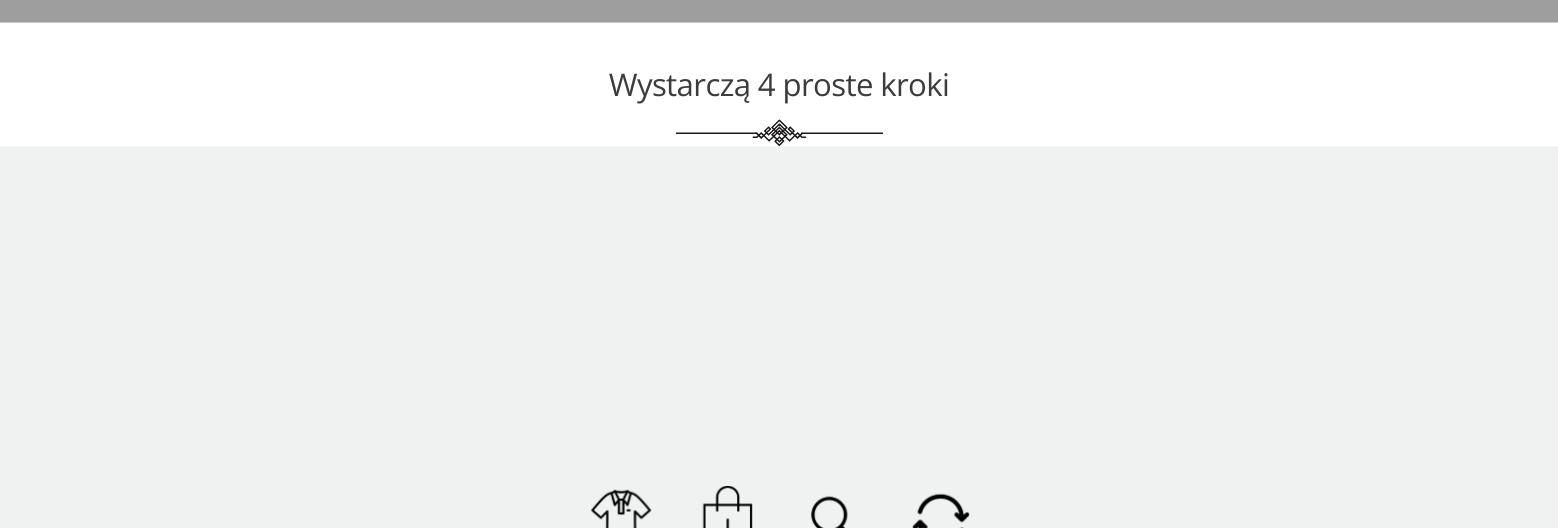
Repository: tomekwoojcik/oddam-w-dobre-rence
Page: /
These files come from the project's save history. The page is drawn as it stood at one moment and after the next save; the edit follows.
The browser window is 1280 px wide. The page is 1900 px wide, so the pictures cover 1900 px, including what lies to the right of the window. The pictures show the part of the page from y = 1319 to 1963 px (the page is 2498 px tall before and 1817 px after), at 82% of full size.
Pictures or frames that could not be fetched are drawn as grey boxes. The project was rebuilt for these pictures with package versions that can differ from the ones it lists, and the page was loaded fresh each time. Also part of the build but not shown: src/pages/logIn/logIn.js, src/pages/register/register.js.

Above is the page before, as saved 2022-12-08 07:58:36.

### public/index.html
<!DOCTYPE html>
<html lang="en">
  <head>
    <meta charset="utf-8" />
    <link rel="icon" href="%PUBLIC_URL%/favicon.ico" />
    <meta name="viewport" content="width=device-width, initial-scale=1" />
    <meta name="theme-color" content="#000000" />
    <meta
      name="description"
      content="Web site created using create-react-app"
    />
    <link rel="apple-touch-icon" href="%PUBLIC_URL%/logo192.png" />
    <link rel="manifest" href="%PUBLIC_URL%/manifest.json" />
    <title>React App</title>
    <link rel="preconnect" href="https://fonts.googleapis.com">
    <link rel="preconnect" href="https://fonts.gstatic.com" crossorigin>
    <link
      href="https://fonts.googleapis.com/css2?family=Merriweather:ital,wght@0,300;0,400;0,700;0,900;1,300;1,400;1,700;1,900&family=Open+Sans:ital,wght@0,300;0,400;0,500;0,600;0,700;0,800;1,300;1,400;1,500;1,600;1,700;1,800&display=swap"
      rel="stylesheet">
  </head>
  <body>
    <div id="root"></div>
  </body>
</html>

### src/index.js
import React from 'react'
import ReactDOM from 'react-dom/client'
import './scss/main.scss'
import App from './App'
import reportWebVitals from './reportWebVitals'

const root = ReactDOM.createRoot(document.getElementById('root'))
root.render(
  <React.StrictMode>
    <App />
  </React.StrictMode>
)

// If you want to start measuring performance in your app, pass a function
// to log results (for example: reportWebVitals(console.log))
// or send to an analytics endpoint. Learn more: https://bit.ly/CRA-vitals
reportWebVitals()

### src/scss/main.scss
@import './reset';
@import './settings/colors';
@import './settings/fonts';
@import '../components/atoms/buttonsMenu/buttonsMenu';
@import '../components/molecules/navMenu/navMenu';
@import '../components/atoms/buttonsLoginLogout/buttonsLoginLogout';
@import '../components/molecules/navLoginLogout/navLoginLogout';
@import '../components/molecules/menu/menu';
@import '../components/atoms/photoInHeader/photoInHeader.scss';
@import '../components/organisms/header/header';
@import '../components/atoms/partTextInHeader/firstPartText';
@import '../components/molecules/rightPart/rightPart';
@import '../components/molecules/textInHeader/textInHeader';
@import '../components/atoms/decorationAssets/decorationAssets';
@import '../components/molecules/menuRightPartContext/menuRightPartContext';
@import '../components/atoms/buttonsInRightPartContext/buttonsInRightPartContext';
@import '../components/organisms/threeColumns/threeColumns';
@import '../pages/home/home';
@import '../components/molecules/oneColumn/oneColumn';
@import '../components/atoms/counterInColumn/counterInColumn';
@import '../components/atoms/titleInColumn/titleInColumn';
@import '../components/atoms/textInColumn/textInColumn';
@import '../components/atoms/simpleStepsTitle/simpleStepsTitle';
@import '../components/organisms/simpleSteps/simpleSteps';
@import '../components/atoms/simpleStepsColumn/simpleStepsColumn';
@import '../components/molecules/simpleStepsBar/simpleStepsBar';

* {
    font-family: $font-base;
}

### src/App.js
/* eslint-disable react/react-in-jsx-scope */
import { Outlet, Route, Routes } from 'react-router'
import { BrowserRouter } from 'react-router-dom'
import Home from './pages/home/home'
import './App.css'
import LogIn from './pages/logIn/logIn'
import Register from './pages/register/register'

function App () {
  return (
    <div className="App">
      <Outlet />
      <BrowserRouter>
        <Routes>
          <Route path='/' element={<Home />} />
          <Route path='logowanie' element={<LogIn />} />
          <Route path='rejestracja' element={<Register />} />
        </Routes>

      </BrowserRouter>
    </div>
  )
}

export default App

### src/scss/settings/_colors.scss
$white-color: #F0F1F1;
$mustard-color: #5E5322;
$strong-yellow-color: #FAD648;
$grey-color: #737373;
$black-color: #3C3C3C;

### src/components/atoms/buttonsMenu/_buttonsMenu.scss
@import '../../../scss/settings/fonts';
@import '../../../scss/settings/colors';

.buttonItem {
    .button {
        font-size: 18px;
        padding: 9px 20px;
        color: $black-color;
        text-decoration: none;
        font-family: $font-base;
        border: 0.75px solid white;
    }

    .button:hover{
        border: 0.75px solid $black-color;
    }
}

### src/components/molecules/navMenu/_navMenu.scss
@import '../../../scss/settings/fonts';
@import '../../../scss/settings/colors';

.buttonList {
    margin-top: 10px;
    display: flex;
    flex-direction: row;
    justify-content: flex-end;
    margin-right: 142px;
}

### src/components/atoms/buttonsLoginLogout/_buttonsLoginLogout.scss
@import '../../../scss/settings/fonts';
@import '../../../scss/settings/colors';

.buttonMenuItems {
    .buttonMenu {
        font-family: $font-base;
        font-size: 14px;
        text-decoration: none;
        color: $grey-color;
        padding: 9px 10px;
        margin-left: 20px;
        border: 0.75px solid white;
    }

    .buttonMenu:hover{
        border-color: $strong-yellow-color;
    }
}

### src/components/molecules/navLoginLogout/_navLoginLogout.scss
.buttonMenuList{
    display: flex;
    flex-direction: row;
    justify-content: flex-end;
    margin-right: 142px;
    margin-bottom: 60px;
}

### src/components/molecules/menu/_menu.scss
.menu {
    width: 100%;
    margin-top: 37px;
    flex-direction: column;
}

### src/components/atoms/photoInHeader/_photoInHeader.scss
.photoHeader {
    width: 885px;
    height: 963px;
}

### src/components/organisms/header/_header.scss
.header {
    display: flex;
    flex-direction: row;
    width: 1758px;
}

### src/components/atoms/partTextInHeader/_firstPartText.scss
@import '../../../scss/settings/fonts';
@import '../../../scss/settings/colors';

.textInHeader{
    font-family: $font-base;
    font-size: 38px;
    margin-bottom: 10px;
}

### src/components/molecules/rightPart/_rightPart.scss
.rightPartHeader{
    display: flex;
    flex-direction: column;
}

### src/components/molecules/textInHeader/_textInHeader.scss
.textIn{
    margin-top: 210px;
}

### src/components/atoms/decorationAssets/_decorationAssets.scss
.decorationAssets {
    width: 253px;
    height: 33px;
    align-self: center;
    margin-top: 25px;
}

### src/components/molecules/menuRightPartContext/_menuRightPartContext.scss
.menuRightPartContext{
    display: flex;
    flex-direction: row;
    justify-content: center;
    margin-top: 65px;
}

### src/components/atoms/buttonsInRightPartContext/_buttonsInRightPartContext.scss
@import '../../../scss/settings/fonts';
@import '../../../scss/settings/colors';
@import '../../../scss/settings/otherVariables';

.buttonItemMenuContext {
    width: 250px;
    border: $border;
    padding: 13px 51px;

    .buttonMenuContext {

        text-transform: uppercase;
        text-decoration: none;
        color: $black-color;
        font-size: 36px;
        letter-spacing: 0.76px;
        word-wrap: break-word;
        font-family: $font-base;
        font-weight: 300;
    }

}

.buttonItemMenuContext:nth-child(2) {
    margin-left: 44px;
}

### src/scss/settings/_otherVariables.scss
@import '../settings/colors';
@import '../settings/colors';

$border: 0.75px solid $black-color;

### src/components/organisms/threeColumns/_threeColumns.scss
.threeColumns{
    background: url(../../../assets/backGround.png) ;
    width: 100%;
    display: flex;
    flex-direction: row;
    justify-content: space-around;
}

### src/pages/home/_home.scss
.homePage{
    width: 1900px;
    margin: 0 auto;
}

### src/components/molecules/oneColumn/_oneColumn.scss
.oneColumn {
    display: flex;
    flex-direction: column;
    justify-content: center;
    width: 334px;
    height: 252px;
    padding-top: 46px;
    padding-bottom: 86px;

}

### src/components/atoms/counterInColumn/_counterInColumn.scss
@import '../../../scss/settings/fonts';
@import '../../../scss/settings/colors';
@import '../../../scss/settings/otherVariables';

.counterColumn{
    font-size: 90px;
    font-family: $font-base;
    color: $mustard-color;
    font-weight: 300;
}

### src/components/atoms/titleInColumn/_titleInColumn.scss
@import '../../../scss/settings/fonts';
@import '../../../scss/settings/colors';
@import '../../../scss/settings/otherVariables';

.titleColumn{
    text-transform: uppercase;
    font-size: 18px;
    font-family: $font-base;
    letter-spacing: -0.36px;
    color: $black-color;
    margin: 10px 0 28px 0;

}

### src/components/atoms/textInColumn/_textInColumn.scss
@import '../../../scss/settings/fonts';
@import '../../../scss/settings/colors';
@import '../../../scss/settings/otherVariables';


.textColumn{
    font-family: $font-alt;
    font-size: 16px;
    font-weight: lighter;
    color: $black-color;
    letter-spacing: -0.32px;
    line-height: 25px;
}

### src/components/atoms/simpleStepsTitle/_simpleStepsTitle.scss
@import '../../../scss/settings/fonts';
@import '../../../scss/settings/colors';
@import '../../../scss/settings/otherVariables';

.simpleStepsTitle {
    font-size: 38px;
    font-family: $font-base;
    letter-spacing: -0.76px;
    color: $black-color;
    font-weight: 300;
}

### src/components/organisms/simpleSteps/_simpleSteps.scss
.simpleSteps{
    margin-top: 55px;
}

### src/components/atoms/simpleStepsColumn/_simpleStepsColumn.scss
@import '../../../scss/settings/fonts';
@import '../../../scss/settings/colors';
@import '../../../scss/settings/otherVariables';

.simpleStepsColumn {
    width: 130px;
    height: 172px;

    .simpleStepsColumnImg {
        width: 83px;
        height: 83px;
    }

    .simpleStepsColumnTitle {
        font-family: $font-base;
        font-size: 18px;
        color: $black-color;
    }

    .simpleStepsColumnLine {
        color: $grey-color;
        width: 70px;
    }

    .simpleStepsColumnText {
        font-family: $font-base;
        font-size: 16px;
        color: $black-color;
    }
}

### src/components/molecules/simpleStepsBar/_simpleStepsBar.scss
@import '../../../scss/settings/fonts';
@import '../../../scss/settings/colors';
@import '../../../scss/settings/otherVariables';

.simpleStepsBar{
    display: flex;
    flex-direction: row;
    justify-content: center;
    background-color: $white-color;
    padding: 414px 71px 414px 76px;
}

### src/pages/home/home.js
import React from 'react'
import Header from '../../components/organisms/header/header'
import SimpleSteps from '../../components/organisms/simpleSteps/simpleSteps'
import ThreeColumns from '../../components/organisms/threeColumns/threeColumns'

const Home = () => {
  return (
    <div className='homePage'>
      <Header />
      <ThreeColumns />
      <SimpleSteps/>
    </div>
  )
}

export default Home

### src/components/organisms/header/header.js
import React from 'react'
import PhotoInHeader from '../../atoms/photoInHeader/photoInHeader'
import RightPart from '../../molecules/rightPart/rightPart'
const Header = () => {
  return (
    <header className='header'>
      <PhotoInHeader />
      <RightPart />
    </header>

  )
}

export default Header

### src/components/organisms/simpleSteps/simpleSteps.js
import React from 'react'
import SimpleStepsTitle from '../../atoms/simpleStepsTitle/simpleStepsTitle'
import DecorationAssets from '../../atoms/decorationAssets/decorationAssets'
import SimpleStepsBar from '../../molecules/simpleStepsBar/simpleStepsBar'

const SimpleSteps = () => {
  return (
    <div className='simpleSteps'>
          <SimpleStepsTitle text={'Wystarczą 4 proste kroki'} />
          <DecorationAssets />
          <SimpleStepsBar/>
    </div>
  )
}

export default SimpleSteps

### src/components/organisms/threeColumns/threeColumns.js
import React from 'react'
import OneColumn from '../../molecules/oneColumn/oneColumn'

const ThreeColumns = () => {
  return (
        <div className='threeColumns'>
          <OneColumn counter={'10'} title={'Oddanych worków'} text={'Lorem ipsum dolor sit amet, consectetur adipisc Pellentesque vel enim a elit viverra elementuma. Aliquam erat volutpat.'} />
          <OneColumn counter={'5'} title={'Wspartych organizacji'} text={'Lorem ipsum dolor sit amet, consectetur adipisc Pellentesque vel enim a elit viverra elementuma. Aliquam erat volutpat.'} />
          <OneColumn counter={'7'} title={'Zorganizowanych zbiórek'} text={'Lorem ipsum dolor sit amet, consectetur adipisc Pellentesque vel enim a elit viverra elementuma. Aliquam erat volutpat.'} />
        </div>
  )
}

export default ThreeColumns

### src/components/atoms/photoInHeader/photoInHeader.js
import React from 'react'
import Image from '../../../assets/Home-Hero-Image.jpg'

const PhotoInHeader = () => {
  return (
    <img className='photoHeader' src={Image} />
  )
}

export default PhotoInHeader

### src/components/molecules/rightPart/rightPart.js
import React from 'react'
import Menu from '../menu/menu'
import RightPartContext from '../rightPartContext/rightPartContext'

const RightPart = () => {
  return (
    <div className='rightPartHeader'>
      <Menu />
      <RightPartContext />
    </div>
  )
}

export default RightPart

### src/components/atoms/simpleStepsTitle/simpleStepsTitle.js
/* eslint-disable react/prop-types */
import React from 'react'

const SimpleStepsTitle = ({ text }) => {
  return (
        <h4 className='simpleStepsTitle'>{text}</h4>
  )
}

export default SimpleStepsTitle

### src/components/atoms/decorationAssets/decorationAssets.js
import React from 'react'
import DecoratorImage from '../../../assets/Decoration.svg'
const DecorationAssets = () => {
  return (
        <img className="decorationAssets" src={DecoratorImage} />
  )
}

export default DecorationAssets

### src/components/molecules/simpleStepsBar/simpleStepsBar.js
import React from 'react'
import SimpleStepsColumn from '../../atoms/simpleStepsColumn/simpleStepsColumn'
import IconOne from '../../../assets/Icon-1.svg'
import IconSec from '../../../assets/Icon-2.svg'
import IconThr from '../../../assets/Icon-3.svg'
import IconFou from '../../../assets/Icon-4.svg'

const SimpleStepsBar = () => {
  return (
        <div className='simpleStepsBar'>
          <SimpleStepsColumn source={IconOne} simpleStepsColumnTitle={'Wybierz rzeczy'} simpleStepsColumnText={'ubrania, zabawki, sprzęt i inne'} />
          <SimpleStepsColumn source={IconSec} simpleStepsColumnTitle={'Spakuj je'} simpleStepsColumnText={'skorzystaj z worków na śmieci'} />
          <SimpleStepsColumn source={IconThr} simpleStepsColumnTitle={'Zdecyduj komu chcesz pomóc'} simpleStepsColumnText={'wybierz zaufane miejsce'} />
          <SimpleStepsColumn source={IconFou} simpleStepsColumnTitle={'Zamów kuriera'} simpleStepsColumnText={'kurier przyjedzie w dogodnym terminie'} />
        </div>
  )
}

export default SimpleStepsBar

### src/components/molecules/oneColumn/oneColumn.js
/* eslint-disable react/prop-types */
import React from 'react'
import CounterInColumn from '../../atoms/counterInColumn/counterInColumn'
import TextInColumn from '../../atoms/textInColumn/textInColumn'
import TitleInColumn from '../../atoms/titleInColumn/titleInColumn'

const OneColumn = ({ counter, title, text }) => {
  return (
        <div className='oneColumn'>
            <CounterInColumn counterColumn={counter} />
            <TitleInColumn titleColumn={title} />
            <TextInColumn textColumn={text} />
        </div>
  )
}

export default OneColumn

### src/components/molecules/menu/menu.js
import React from 'react'
import NavLoginLogout from '../navLoginLogout/navLoginLogout'
import NavMenu from '../navMenu/navMenu'

const Menu = () => {
  return (
    <div className='menu'>
      <NavLoginLogout />
      <NavMenu />
    </div>
  )
}

export default Menu

### src/components/molecules/rightPartContext/rightPartContext.js
import React from 'react'
import DecorationAssets from '../../atoms/decorationAssets/decorationAssets'
import MenuRightPartContext from '../menuRightPartContext/menuRightPartContext'
import TextInHeader from '../textInHeader/textInHeader'

const RightPartContext = () => {
  return (
      <div className='rightPartContext'>
          <TextInHeader />
          <DecorationAssets />
          <MenuRightPartContext/>
        </div>
  )
}

export default RightPartContext

### src/components/atoms/simpleStepsColumn/simpleStepsColumn.js
/* eslint-disable react/prop-types */
import React from 'react'

const SimpleStepsColumn = ({ source, simpleStepsColumnTitle, simpleStepsColumnText }) => {
  return (
    <div className='simpleStepsColumn'>
          <img className='simpleStepsColumnImg' src={source} />
          <h4 className='simpleStepsColumnTitle' >{simpleStepsColumnTitle}</h4>
          <hr className='simpleStepsColumnLine' />
          <p className='simpleStepsColumnText'>{simpleStepsColumnText}</p>
    </div>
  )
}

export default SimpleStepsColumn

### src/components/atoms/counterInColumn/counterInColumn.js
/* eslint-disable react/prop-types */
import React from 'react'

const CounterInColumn = ({ counterColumn }) => {
  return (
    <h3 className='counterColumn'>{counterColumn}</h3>
  )
}

export default CounterInColumn

### src/components/atoms/textInColumn/textInColumn.js
/* eslint-disable react/prop-types */
import React from 'react'

const TextInColumn = ({ textColumn }) => {
  return (
      <p className='textColumn'>{ textColumn }</p>
  )
}

export default TextInColumn

### src/components/atoms/titleInColumn/titleInColumn.js
/* eslint-disable react/prop-types */
import React from 'react'

const TitleInColumn = ({ titleColumn }) => {
  return (
      <h4 className='titleColumn'>{titleColumn}</h4>
  )
}

export default TitleInColumn

### src/components/molecules/navLoginLogout/navLoginLogout.js
import React from 'react'
import ButtonsLoginLogout from '../../atoms/buttonsLoginLogout/buttonsLoginLogout'

const NavLoginLogout = () => {
  return (
        <ul className='buttonMenuList'>
          <ButtonsLoginLogout source={'logowanie'} buttonName={'Zaloguj'} />
          <ButtonsLoginLogout source={'rejestracja'} buttonName={'Załóź konto'} />
        </ul>
  )
}

export default NavLoginLogout

### src/components/molecules/navMenu/navMenu.js
import React from 'react'
import ButtonsMenu from '../../atoms/buttonsMenu/buttonsMenu'

const NavMenu = () => {
  return (
        <ul className='buttonList'>
          <ButtonsMenu source={'/'} linkName={'Start'} />
          <ButtonsMenu source={'/'} linkName={'O co chodzi?'} />
          <ButtonsMenu source={'/'} linkName={'O nas'} />
          <ButtonsMenu source={'/'} linkName={'Fundacje i organizacje'} />
          <ButtonsMenu source={'/'} linkName={'Kontakt'} />
        </ul>
  )
}

export default NavMenu

### src/components/molecules/menuRightPartContext/menuRightPartContext.js
import React from 'react'
import ButtonsInRightPartContext from '../../atoms/buttonsInRightPartContext/buttonsInRightPartContext'

const MenuRightPartContext = () => {
  return (
      <ul className='menuRightPartContext'>
      <ButtonsInRightPartContext source={'#'} buttonName={'Oddaj rzeczy'} />
      <ButtonsInRightPartContext source={'#'} buttonName={'Zorganizuj zbiórke'} />
    </ul>
  )
}

export default MenuRightPartContext

### src/components/molecules/textInHeader/textInHeader.js
import React from 'react'
import FirstPartText from '../../atoms/partTextInHeader/firstPartText'

const TextInHeader = () => {
  return (
        <div className='textIn'>
          <FirstPartText textHeader={'Zacznij pomagać!'} />
          <FirstPartText textHeader={'Oddaj niechciane rzeczy w zaufane ręce'} />
        </div>
  )
}

export default TextInHeader

### src/components/atoms/buttonsLoginLogout/buttonsLoginLogout.js
/* eslint-disable react/prop-types */
import React from 'react'
import { NavLink } from 'react-router-dom'

const ButtonsLoginLogout = ({ source, buttonName }) => {
  return (
        <li className='buttonMenuItems'><NavLink className='buttonMenu' to={source}>{buttonName}</NavLink></li>
  )
}

export default ButtonsLoginLogout

### src/components/atoms/buttonsMenu/buttonsMenu.js
import React from 'react'
import { NavLink } from 'react-router-dom'

// eslint-disable-next-line react/prop-types
const ButtonsMenu = ({ source, linkName }) => {
  return (
        <li className='buttonItem'><NavLink className="button" to={source}>{linkName}</NavLink></li>
  )
}

export default ButtonsMenu

### src/components/atoms/buttonsInRightPartContext/buttonsInRightPartContext.js
import React from 'react'
import { NavLink } from 'react-router-dom'

// eslint-disable-next-line react/prop-types
const ButtonsInRightPartContext = ({ source, buttonName }) => {
  return (
    <li className='buttonItemMenuContext'><NavLink className='buttonMenuContext' to={source}>{buttonName}</NavLink></li>
  )
}

export default ButtonsInRightPartContext

### src/components/atoms/partTextInHeader/firstPartText.js
import React from 'react'

// eslint-disable-next-line react/prop-types
const FirstPartText = ({ textHeader }) => {
  return (
    <h3 className='textInHeader'>{textHeader}</h3>
  )
}

export default FirstPartText

Loaded but not shown: src/reportWebVitals.js (common file); src/scss/_reset.scss (common file); src/scss/settings/_fonts.scss (common file); src/App.css (common file)

After the next save:
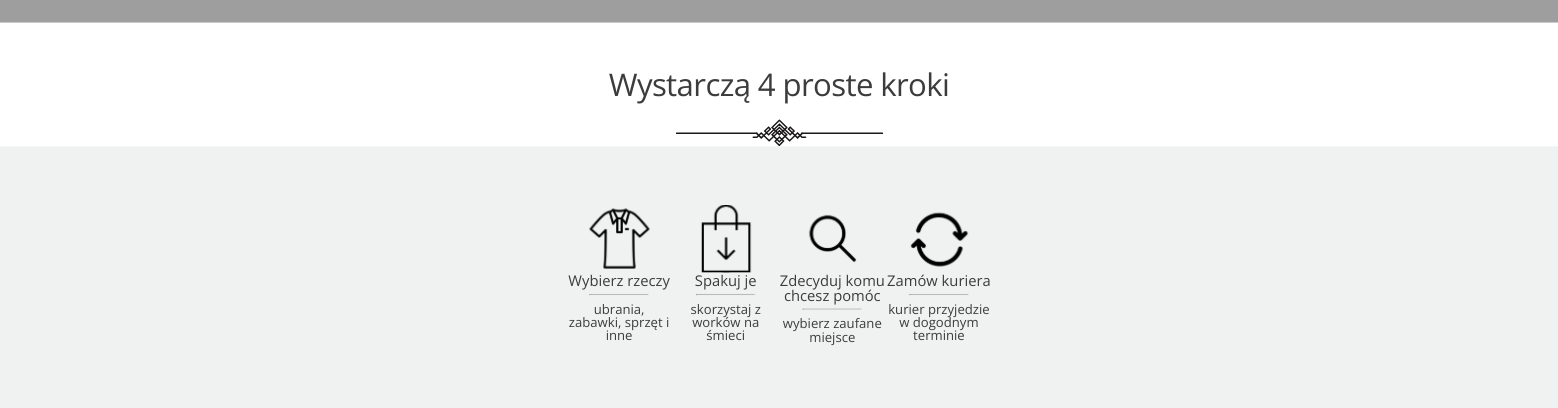
Saved 47 s later.
--- a/src/components/molecules/simpleStepsBar/_simpleStepsBar.scss
+++ b/src/components/molecules/simpleStepsBar/_simpleStepsBar.scss
@@ -7,5 +7,5 @@
     flex-direction: row;
     justify-content: center;
     background-color: $white-color;
-    padding: 414px 71px 414px 76px;
+    padding: 71px 414px 76px 414px;
 }
